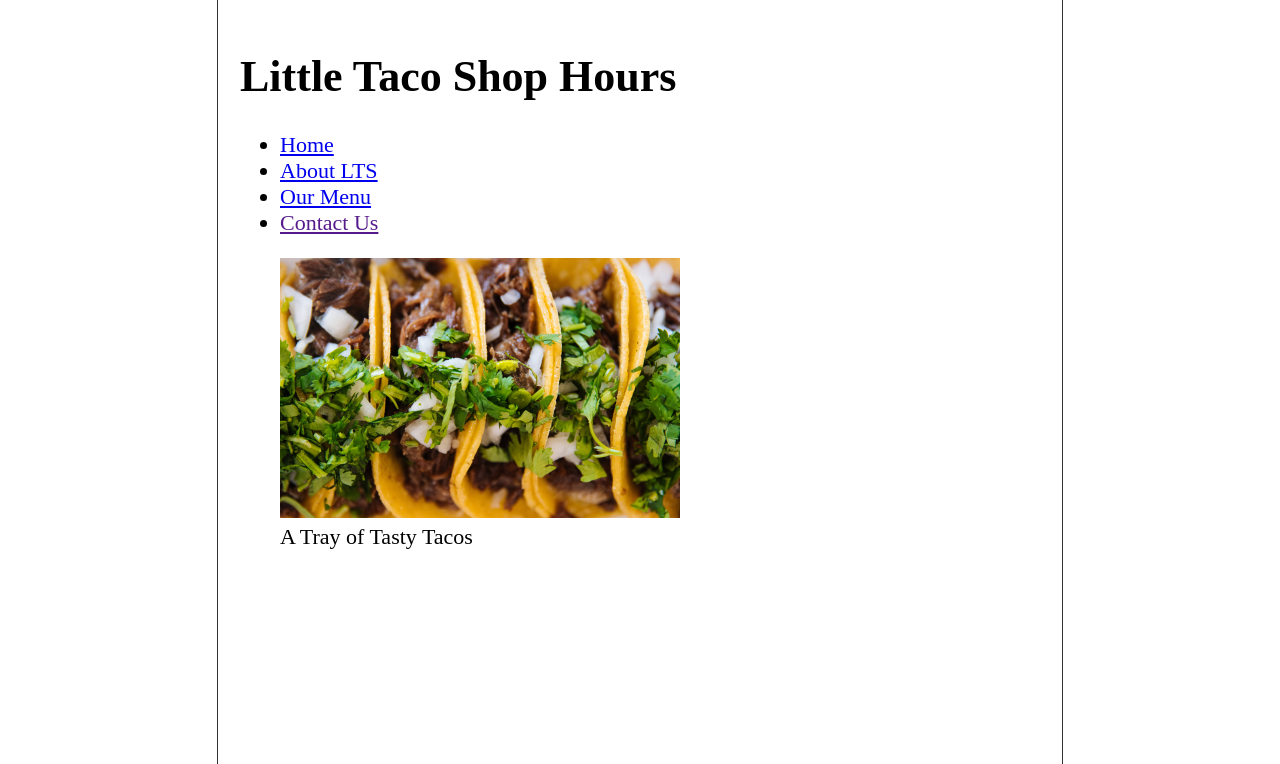
Repository: Israa-Odeh/html-basics-project
Page: hours.html
An editor plug-in stored every save of this project. The page is shown before and after a run of saves, followed by the edit.
The browser window is 1280 px wide. The pictures show the whole page.

Above is the page before, as saved 2024-08-20 02:37:27.

After the next 5 saves:
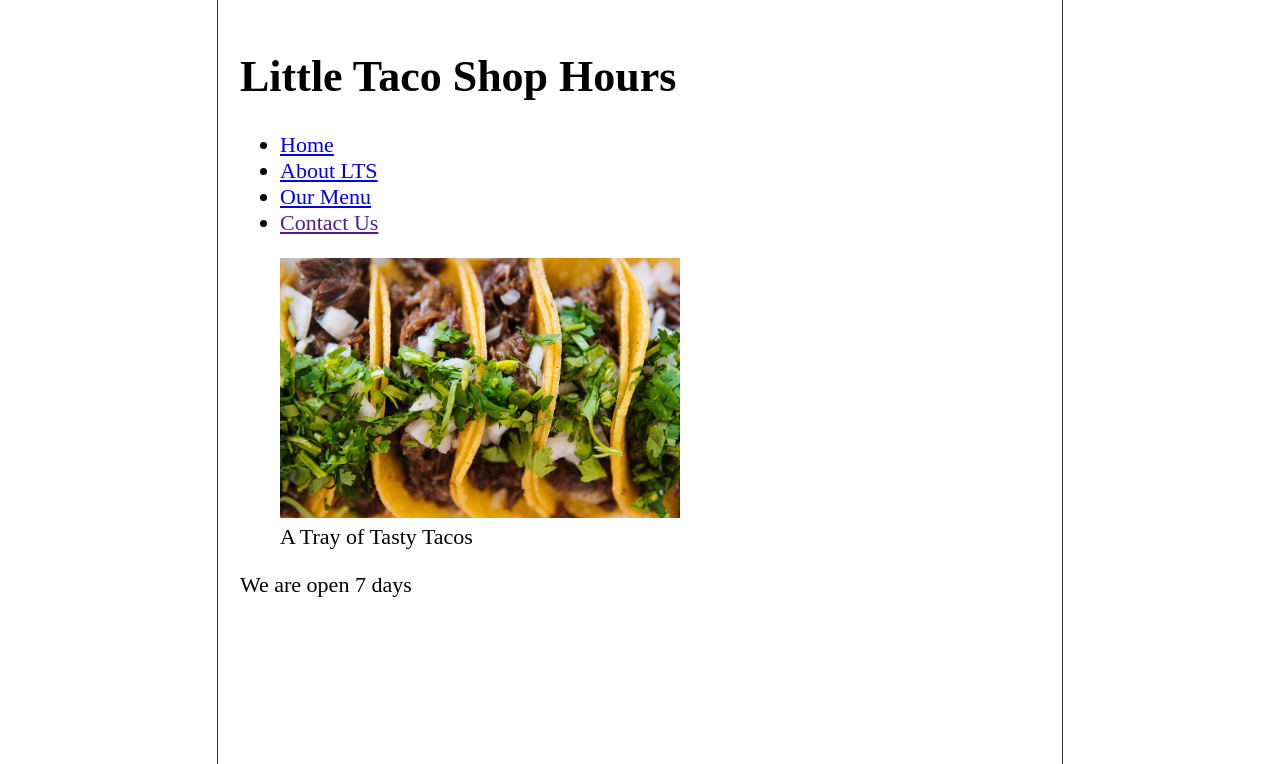
The 5 saves are shown as one change because they came seconds apart.
The last was saved 16 s later.
--- a/hours.html
+++ b/hours.html
@@ -38,7 +38,9 @@
     </header>
 
     <main>
-        <dl></dl>
+        <dl>
+            <p>We are open 7 days</p>
+        </dl>
 
     </main>
 
